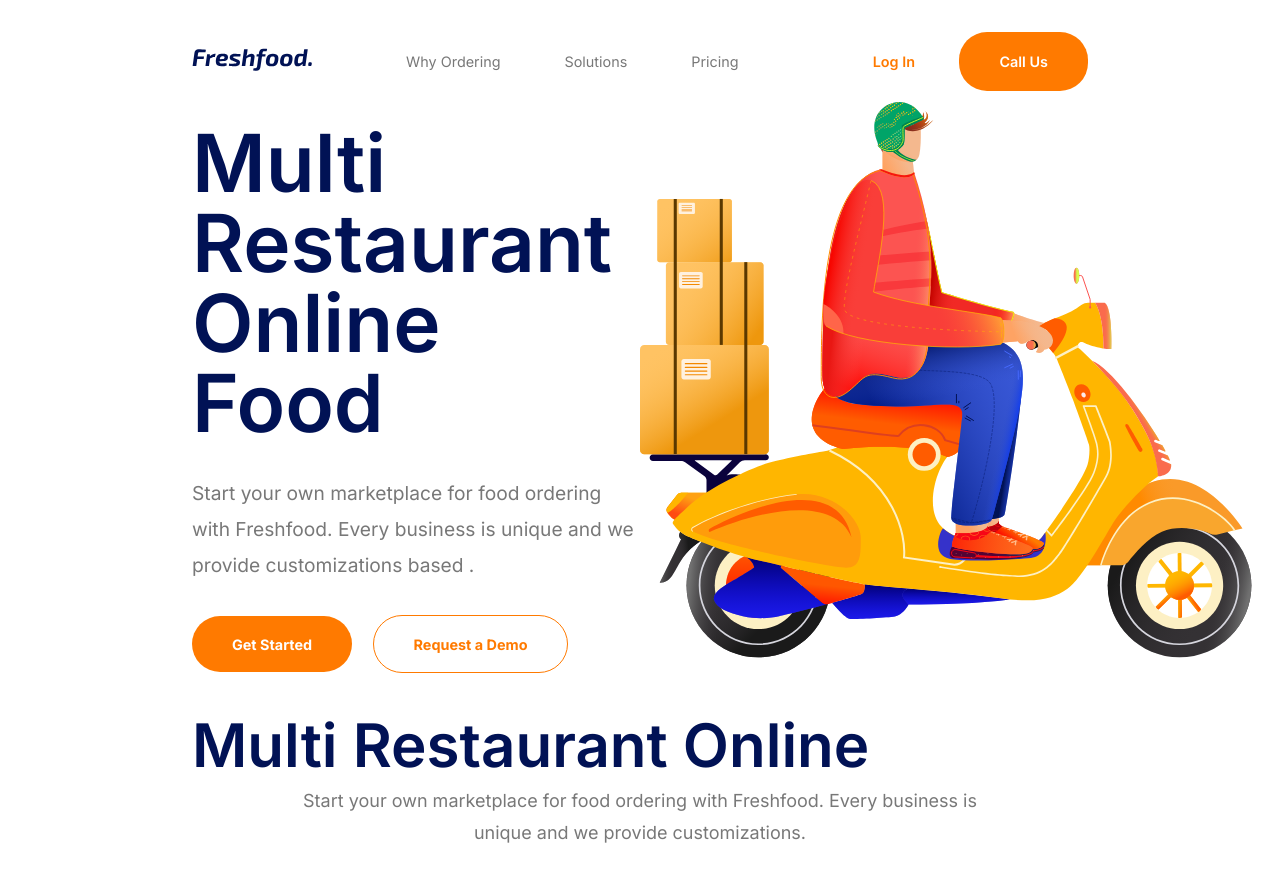
Repository: badhon252/FreshFood
Page: index.html
The author's editor kept a copy of each file at every save. The page is drawn from the files as they stood at one save, then again after the next save.
The browser window is 1280 px wide. The pictures show the whole page.
The style sheet was rebuilt from its Sass, Less or Tailwind sources for each picture, by a compiler version that may differ from the author's.

Above is the page before, as saved 2022-09-06 00:40:49.

After the next save:
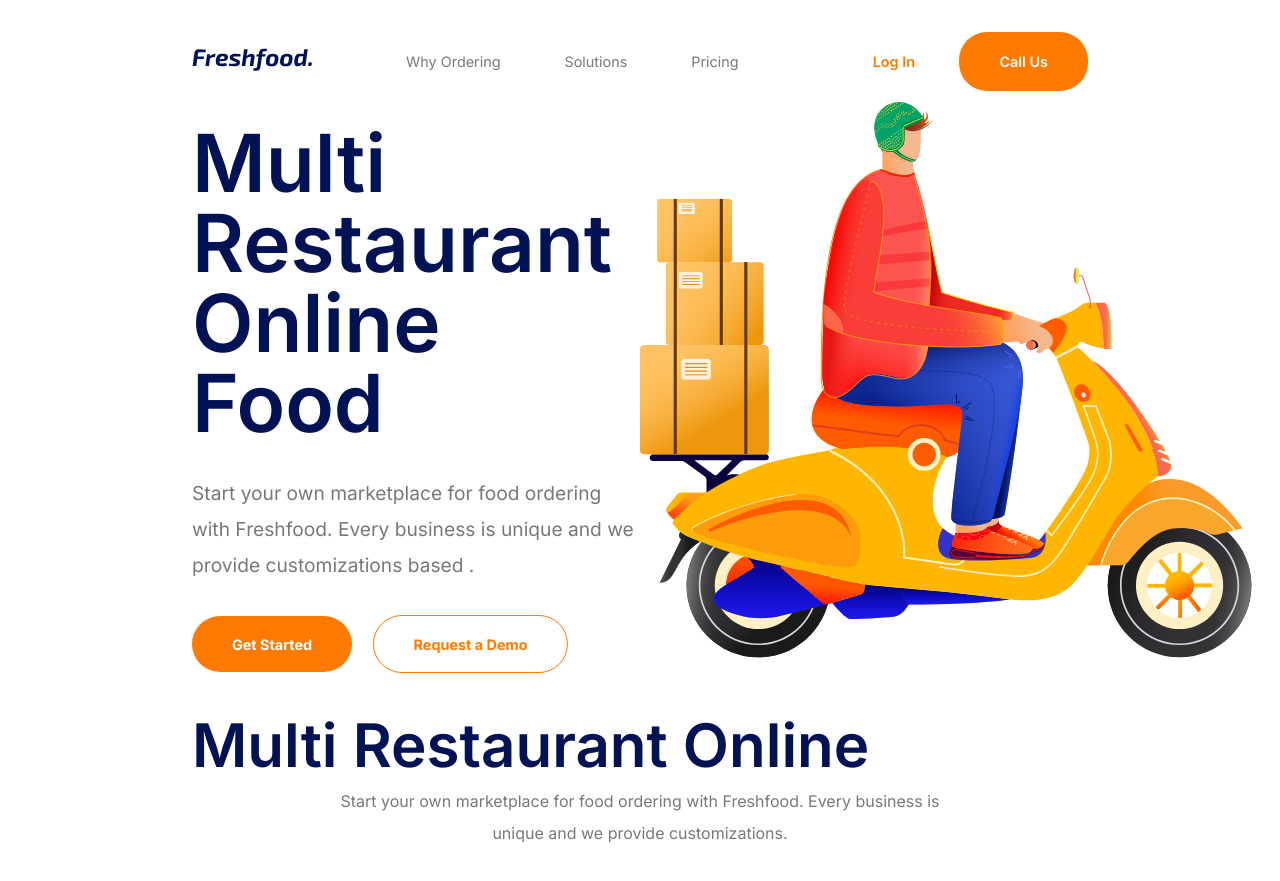
Saved 8 s later.
--- a/scss/style.scss
+++ b/scss/style.scss
@@ -107,7 +107,7 @@
 
 .second-section {
   p {
-    font-size: 18px;
+    font-size: 1rem;
     line-height: 32px;
     /* or 178% */
 
